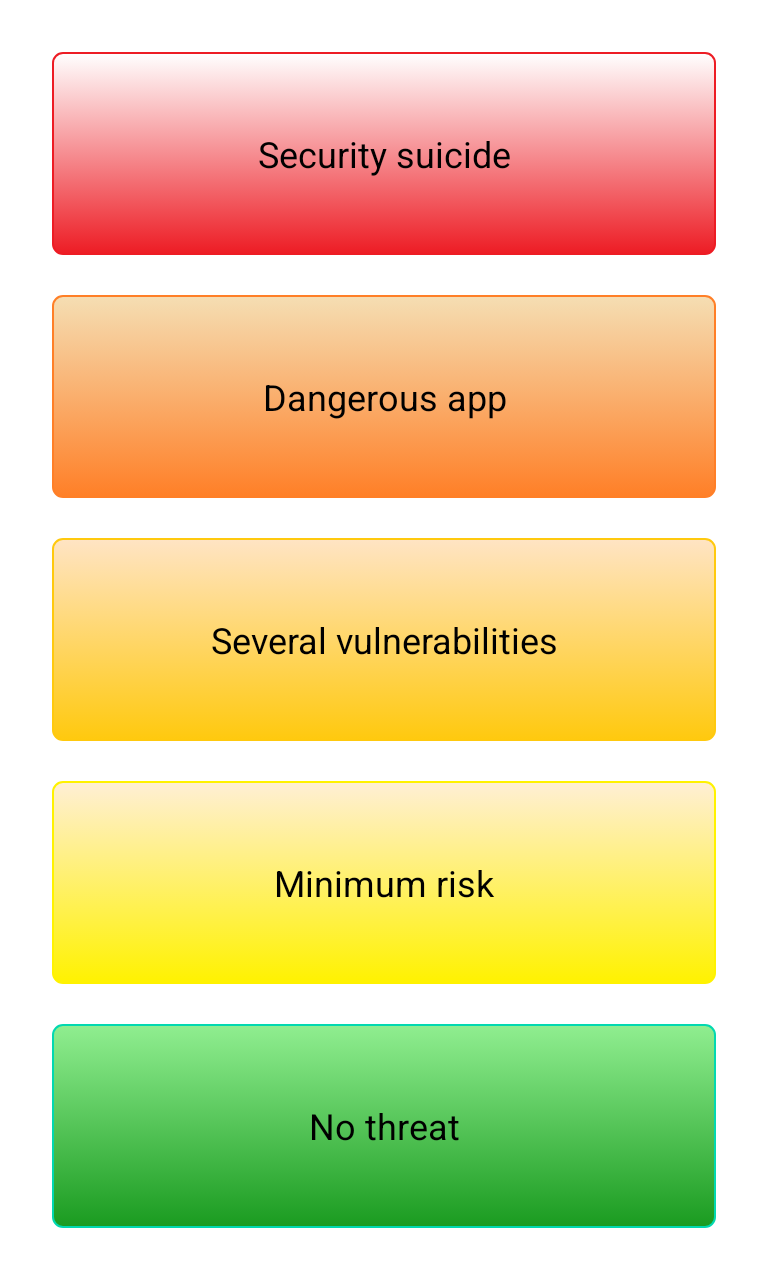
Repository: n0whereman/feidroid
Layout: Src/ApplicationViewer/res/layout/fragment_analysis2.xml
The author's editor kept a copy of each file at every save. The layout is drawn from the files as they stood at one save, then again after the next save.
It is drawn on a 768 x 1280 px phone screen (xhdpi) without system bars, with theme android:Theme.Holo.Light; the app's code is not run.

Above is the layout before, as saved 2015-04-25 20:34:48.

### Src/ApplicationViewer/res/layout/fragment_analysis2.xml
<LinearLayout xmlns:android="http://schemas.android.com/apk/res/android"
    xmlns:tools="http://schemas.android.com/tools"
    android:layout_width="match_parent"
    android:layout_height="match_parent"
    android:fadingEdge="horizontal"
    android:orientation="vertical"
    android:paddingBottom="@dimen/activity_vertical_margin"
    android:paddingLeft="@dimen/activity_horizontal_margin"
    android:paddingRight="@dimen/activity_horizontal_margin"
    android:paddingTop="@dimen/activity_vertical_margin"
    android:weightSum="5"
    tools:context="pete.android.study.AnalysisActivity$PlaceholderFragment" >

    <Button
        android:id="@+id/btnThreadLvl5"
        android:layout_width="match_parent"
        android:layout_height="wrap_content"
        android:layout_weight="1"
        android:text="@string/threadLvl5"
        android:background="@drawable/button_thread5"
        android:layout_margin="10dp" />

    <Button
        android:id="@+id/btnThreadLvl4"
        android:layout_width="match_parent"
        android:layout_height="wrap_content"
        android:layout_weight="1"
        android:text="@string/threadLvl4"
        android:background="@drawable/button_thread4"
        android:layout_margin="10dp" />

    <Button
        android:id="@+id/btnThreadLvl3"
        android:layout_width="match_parent"
        android:layout_height="wrap_content"
        android:layout_weight="1"
        android:text="@string/threadLvl3"
        android:background="@drawable/button_thread3"
        android:layout_margin="10dp" />

    <Button
        android:id="@+id/btnThreadLvl2"
        android:layout_width="match_parent"
        android:layout_height="wrap_content"
        android:layout_weight="1"
        android:text="@string/threadLvl2"
        android:background="@drawable/button_thread2"
        android:layout_margin="10dp" />

    <Button
        android:id="@+id/btnThreadLvl1"
        android:layout_width="match_parent"
        android:layout_height="wrap_content"
        android:layout_weight="1"
        android:text="@string/threadLvl1"
        android:background="@drawable/button_thread1"
    	android:layout_margin="10dp" />

</LinearLayout>

### Src/ApplicationViewer/res/values/dimens.xml
<resources>

    <!-- Default screen margins, per the Android Design guidelines. -->
    <dimen name="activity_horizontal_margin">16dp</dimen>
    <dimen name="activity_vertical_margin">16dp</dimen>

    <dimen name="padding_8">8dp</dimen>
    <dimen name="padding_16">16dp</dimen>
    <dimen name="padding_32">32dp</dimen>
    <dimen name="padding_48">48dp</dimen>

</resources>

### Src/ApplicationViewer/res/values/strings.xml
<?xml version="1.0" encoding="utf-8"?>
<resources>

    <string name="hello">Hello World, MainActivity!</string>
    <string name="app_name">Suspicious Apps Checker</string>
    <string name="LaunchButton">Launch</string>
    <string name="AppInfoButton">Info</string>
    <string name="AnalyzeButton">Analyze</string>
    <string name="title_activity_launch">LaunchActivity</string>
    <string name="hello_world">Hello world!</string>
    <string name="action_settings">Settings</string>
    <string name="desc">Blabla</string>
    <string name="title_activity_detail">App Info</string>

    <!-- Main activity -->
    <string name="action_open_app">Launch</string>
    <string name="action_detail_app">Detail</string>

    <!-- Detail activity -->
    <string name="label_package_name">Package name:</string>
    <string name="label_class_name">Class name:</string>
    <string name="label_process_name">Process name:</string>
    <string name="label_version_name">Version name:</string>
    <string name="label_version_code">Version code:</string>
    <string name="label_sdk_version">Target SDK :</string>
    <string name="label_install_date">Install date:</string>
    <string name="label_last_update">Last update:</string>
    <string name="label_source_directory">Source directory:</string>
    <string name="label_data_directory">Data directory:</string>
    <string name="label_permissions">Permissions:</string>
    <string name="label_flags">Flags:</string>
    <string name="label_no_permissions">No permissions</string>
    <string name="Analyze_appButton">Analysis</string>

     <!-- Analysis activity -->
     <string name="label_list_of_permissions">Permisions List:</string>
     <string name="label_unsafe_permissions">Suspicious perm.:</string>
     <string name="label_choosed_category">Category:</string>
     <string name="label_score">Risk:</string>


    <!-- Category list -->
    <string name="label_Category">Category:</string>

    <string-array name="category_array">
        <item>Games</item>
        <item>Communication</item>
        <item>Entertainment</item>
        <item>Finance</item>
        <item>Health</item>
        <item>Lifestyle</item>
        <item>Multimedia</item>
        <item>Productivity</item>
        <item>Shopping</item>
        <item>Social</item>
        <item>Sports</item>
        <item>Themes</item>
        <item>Tools</item>
        <item>Travel</item>
    </string-array>

    <string name="title_activity_analysis">App Analysis</string>
    <string name="title_analysis_detail">Analysis detail</string>
    <string name="threadLvl1">No threat</string>
    <string name="threadLvl2">Minimum risk</string>
    <string name="threadLvl3">Several vulnerabilities</string>
    <string name="threadLvl4">Dangerous app</string>
    <string name="threadLvl5">Security suicide</string>
    <string name="label_no_categories">No category</string>
    <string name="label_sha1hash">SHA1:</string>

</resources>

### Src/ApplicationViewer/res/drawable-hdpi/button_thread5.xml
<?xml version="1.0" encoding="utf-8"?>
<selector xmlns:android="http://schemas.android.com/apk/res/android" >
<item android:state_pressed="true" >
 <shape android:shape="rectangle"  >
     <corners android:radius="5dp" />
     <stroke android:width="1dip" android:color="@color/red_temp" />
     <gradient android:angle="-90" android:startColor="@color/red_temp" android:endColor="@color/red_temp"  />
 </shape>
</item>
<item android:state_focused="true">
 <shape android:shape="rectangle"  >
     <corners android:radius="5dp" />
     <stroke android:width="1dip" android:color="#971E05" />
     <solid android:color="#58857e"/>
 </shape>
</item>
<item >
<shape android:shape="rectangle"  >
     <corners android:radius="5dp" />
     <stroke android:width="1dip" android:color="@color/bright_red" />
     <gradient android:angle="-90" android:startColor="@color/red_temp" android:endColor="@color/button_red" />
 </shape>
</item>
</selector>

### Src/ApplicationViewer/res/drawable-hdpi/button_thread4.xml
<?xml version="1.0" encoding="utf-8"?>
<selector xmlns:android="http://schemas.android.com/apk/res/android" >
<item android:state_pressed="true" >
 <shape android:shape="rectangle"  >
     <corners android:radius="5dp" />
     <stroke android:width="1dip" android:color="@color/orange_temp" />
     <gradient android:angle="-90" android:startColor="@color/orange_temp" android:endColor="@color/orange_temp"  />
 </shape>
</item>
<item android:state_focused="true">
 <shape android:shape="rectangle"  >
     <corners android:radius="5dp" />
     <stroke android:width="1dip" android:color="#971E05" />
     <solid android:color="#58857e"/>
 </shape>
</item>
<item >
<shape android:shape="rectangle"  >
     <corners android:radius="5dp" />
     <stroke android:width="1dip" android:color="@color/bright_orange" />
     <gradient android:angle="-90" android:startColor="@color/orange_temp" android:endColor="@color/button_orange" />
 </shape>
</item>
</selector>

### Src/ApplicationViewer/res/drawable-hdpi/button_thread3.xml
<?xml version="1.0" encoding="utf-8"?>
<selector xmlns:android="http://schemas.android.com/apk/res/android" >
<item android:state_pressed="true" >
 <shape android:shape="rectangle"  >
     <corners android:radius="5dp" />
     <stroke android:width="1dip" android:color="@color/amber_temp" />
     <gradient android:angle="-90" android:startColor="@color/amber_temp" android:endColor="@color/amber_temp"  />
 </shape>
</item>
<item android:state_focused="true">
 <shape android:shape="rectangle"  >
     <corners android:radius="5dp" />
     <stroke android:width="1dip" android:color="#971E05" />
     <solid android:color="#58857e"/>
 </shape>
</item>
<item >
<shape android:shape="rectangle"  >
     <corners android:radius="5dp" />
     <stroke android:width="1dip" android:color="@color/bright_amber" />
     <gradient android:angle="-90" android:startColor="@color/amber_temp" android:endColor="@color/button_amber" />
 </shape>
</item>
</selector>

### Src/ApplicationViewer/res/drawable-hdpi/button_thread2.xml
<?xml version="1.0" encoding="utf-8"?>
<selector xmlns:android="http://schemas.android.com/apk/res/android" >
<item android:state_pressed="true" >
 <shape android:shape="rectangle"  >
     <corners android:radius="5dp" />
     <stroke android:width="1dip" android:color="@color/yellow_temp" />
     <gradient android:angle="-90" android:startColor="@color/yellow_temp" android:endColor="@color/yellow_temp"  />
 </shape>
</item>
<item android:state_focused="true">
 <shape android:shape="rectangle"  >
     <corners android:radius="5dp" />
     <stroke android:width="1dip" android:color="#971E05" />
     <solid android:color="#58857e"/>
 </shape>
</item>
<item >
<shape android:shape="rectangle"  >
     <corners android:radius="5dp" />
     <stroke android:width="1dip" android:color="@color/bright_yellow" />
     <gradient android:angle="-90" android:startColor="@color/yellow_temp" android:endColor="@color/button_yellow" />
 </shape>
</item>
</selector>

### Src/ApplicationViewer/res/drawable-hdpi/button_thread1.xml
<?xml version="1.0" encoding="utf-8"?>
<selector xmlns:android="http://schemas.android.com/apk/res/android" >
<item android:state_pressed="true" >
 <shape android:shape="rectangle"  >
     <corners android:radius="5dp" />
     <stroke android:width="1dip" android:color="@color/green_temp" />
     <gradient android:angle="-90" android:startColor="@color/green_temp" android:endColor="@color/green_temp"  />
 </shape>
</item>
<item android:state_focused="true">
 <shape android:shape="rectangle"  >
     <corners android:radius="5dp" />
     <stroke android:width="1dip" android:color="#971E05" />
     <solid android:color="#58857e"/>
 </shape>
</item>
<item >
<shape android:shape="rectangle"  >
     <corners android:radius="5dp" />
     <stroke android:width="1dip" android:color="@color/bright_green" />
     <gradient android:angle="-90" android:startColor="@color/green_temp" android:endColor="@color/button_green" />
 </shape>
</item>
</selector>

### Src/ApplicationViewer/res/values/colors.xml
<?xml version="1.0" encoding="utf-8"?>
<resources>
    <color name="black">#000000</color>

    <color name="perm_green">#069C00</color>
    <color name="perm_yellow">#D9CA00</color>
    <color name="perm_orange">#D45F00</color>
    <color name="perm_red">#AB0000</color>

    <!-- Green -->
	<color name="green_temp">#90EE90</color>
	<color name="green_dark">#159204</color>
	<color name="bright_green">#02D8B0</color>
	<color name="button_green">#1A9B20</color>

	<!-- Yellow -->
	<color name="yellow_temp">#FFEFD5</color>
	<color name="yellow_dark">#FFF200</color>
	<color name="bright_yellow">#FFF200</color>
	<color name="button_yellow">#FFF200</color>

	<!-- Amber -->
	<color name="amber_temp">#FFE4C4</color>
	<color name="amber_dark">#FFC90E</color>
	<color name="bright_amber">#FFC90E</color>
	<color name="button_amber">#FFC90E</color>

	<!-- Orange -->
	<color name="orange_temp">#F5DEB3</color>
	<color name="orange_dark">#FF7F27</color>
	<color name="bright_orange">#FF7F27</color>
	<color name="button_orange">#FF7F27</color>

	<!-- Red -->
	<color name="red_temp">FF6666</color>
	<color name="red_dark">#ED1C24</color>
	<color name="bright_red">#ED1C24</color>
	<color name="button_red">#ED1C24</color>
</resources>

Loaded but not shown: Src/ApplicationViewer/res/values-w820dp/dimens.xml (common file)

After the next save:
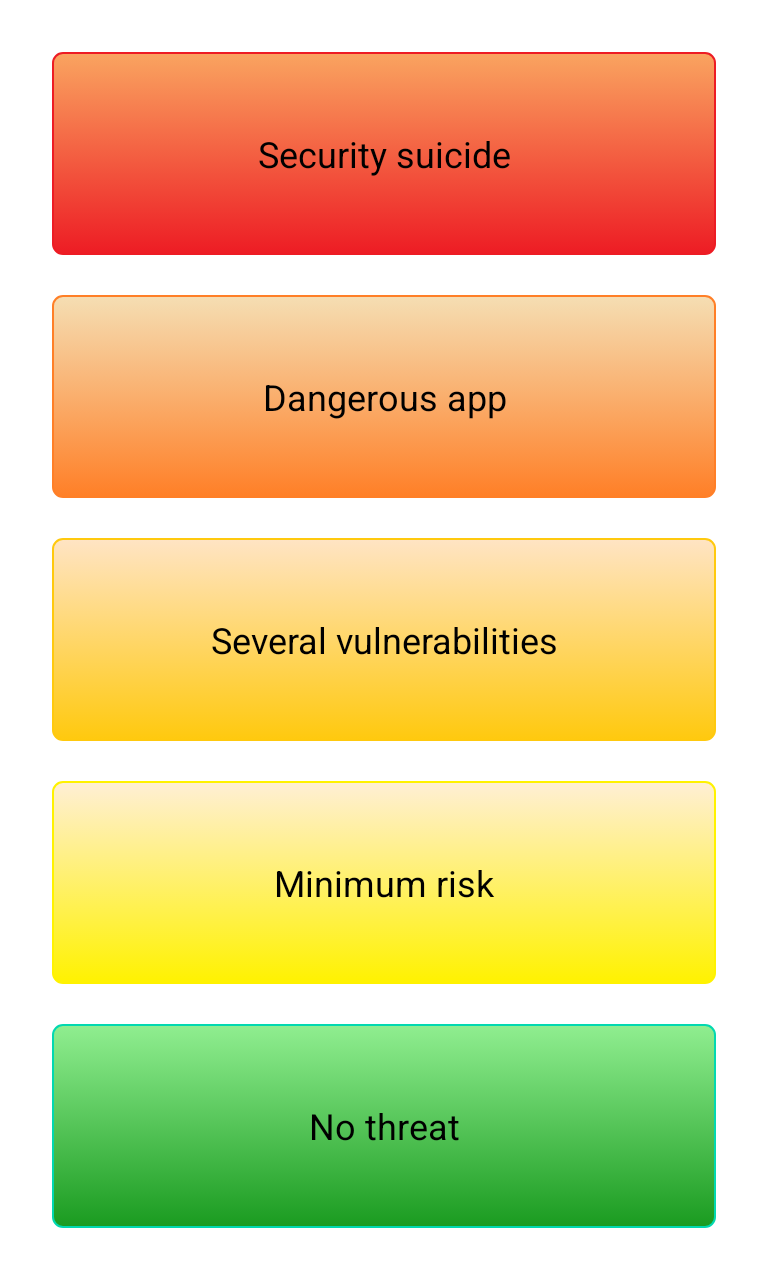
Saved 10 s later.
--- a/Src/ApplicationViewer/res/values/colors.xml
+++ b/Src/ApplicationViewer/res/values/colors.xml
@@ -32,7 +32,7 @@
 	<color name="button_orange">#FF7F27</color>
 
 	<!-- Red -->
-	<color name="red_temp">FF6666</color>
+	<color name="red_temp">#FAA460</color>
 	<color name="red_dark">#ED1C24</color>
 	<color name="bright_red">#ED1C24</color>
 	<color name="button_red">#ED1C24</color>
